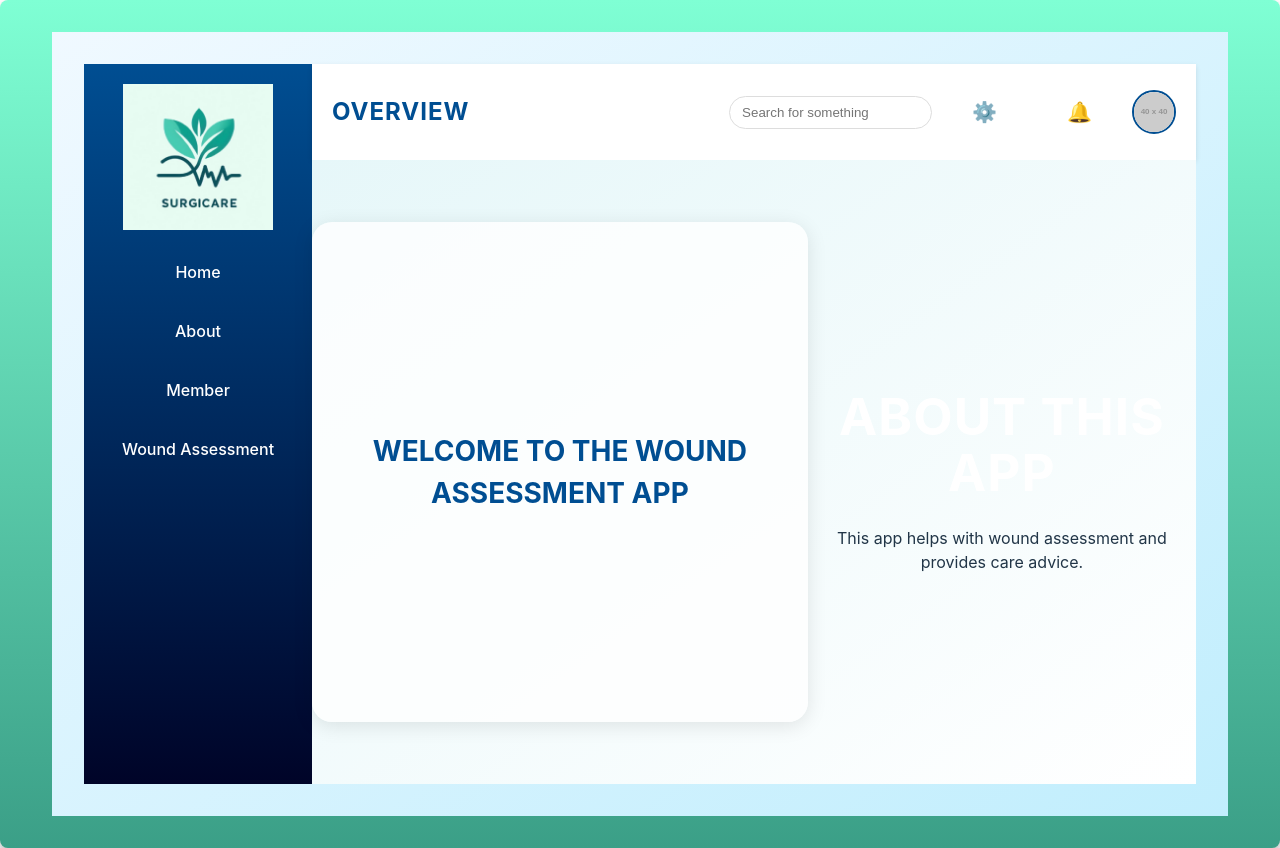
Repository: Jinwoo290350/Surgicare-Vue
Page: /about (app in surgicare/)
These files come from the project's save history. The page is drawn as it stood at one moment and after the next save; the edit follows.
The browser window is 1280 px wide. The pictures show the whole page.
The project was rebuilt for these pictures with package versions that can differ from the ones it lists, and the page was loaded fresh each time. Also part of the build but not shown: surgicare/vite.config.js, surgicare/src/views/Home.vue, surgicare/src/views/Member.vue, surgicare/src/components/WoundAssessment.vue.

Above is the page before, as saved 2024-12-30 14:05:18.
Console error: TypeError: Cannot read properties of null (reading 'getContext')

### surgicare/index.html
<!doctype html>
<html lang="en">
  <head>
    <meta charset="UTF-8" />
    <link rel="icon" type="image/svg+xml" href="/vite.svg" />
    <meta name="viewport" content="width=device-width, initial-scale=1.0" />
    <title>Vite + Vue</title>
  </head>
  <body>
    <div id="app"></div>
    <script type="module" src="/src/main.js"></script>
  </script>
  <link href="https://fonts.googleapis.com/css2?family=Roboto:wght@400;500;700&display=swap" rel="stylesheet">

  <script type="text/javascript" src="./src/star.js"></script>
  </body>
</html>

### surgicare/src/main.js
import { createApp } from 'vue'
import './style.css'
import App from './App.vue'
import router from "./router";

createApp(App).use(router).mount("#app");

### surgicare/src/style.css
:root {
  font-family: Inter, system-ui, Avenir, Helvetica, Arial, sans-serif;
  line-height: 1.5;
  font-weight: 400;
  color-scheme: light dark;
  color: rgba(255, 255, 255, 0.87);
  background-color: #242424; /* Keeping the same background, just a bit darker */
  font-synthesis: none;
  text-rendering: optimizeLegibility;
  -webkit-font-smoothing: antialiased;
  -moz-osx-font-smoothing: grayscale;
}

a {
  font-weight: 500;
  text-decoration: inherit;
  transition: color 0.3s ease-in-out;
}
a:hover {
  color: #535bf2; /* Keep the same blue hover effect */
}

body {
  margin: 0;
  display: flex;
  place-items: center;
  min-width: 320px;
  min-height: 100vh;
  padding-left: 20px;
  padding-right: 20px;
  background-color: #1f2d29; /* Darkened background color */
  background-image: linear-gradient(to top, #3b9f87, #7FFFD4); /* Keep the original gradient, just darker */
  background-repeat: repeat-x;
  filter: progid:DXImageTransform.Microsoft.gradient(startColorstr='#3b9f87', endColorstr='#7FFFD4', GradientType=0);
  border-radius: 8px;
  box-shadow: 0 6px 12px rgba(0, 0, 0, 0.3); /* Stronger shadow for depth */
}

h1 {
  font-size: 3.2em;
  line-height: 1.1;
  color: #fff;
  text-transform: uppercase;
  letter-spacing: 1px;
  margin-bottom: 0.5em;
  transition: transform 0.3s ease-in-out;
}
h1:hover {
  transform: scale(1.05); /* Slightly enlarges title on hover */
}

button {
  border-radius: 8px;
  border: 1px solid transparent;
  padding: 0.8em 1.5em;
  font-size: 1em;
  font-weight: 500;
  font-family: inherit;
  background-color: #333; /* Slightly darker button background */
  color: white;
  cursor: pointer;
  transition: all 0.3s ease;
}
button:hover {
  border-color: #646cff;
  background-color: #444; /* Darker hover effect */
  transform: translateY(-2px); /* Lift effect on hover */
}
button:focus,
button:focus-visible {
  outline: 4px auto -webkit-focus-ring-color;
}

.card {
  padding: 2em;
  background-color: #2a2a2a; /* Darkened card background */
  border-radius: 12px;
  box-shadow: 0 4px 10px rgba(0, 0, 0, 0.4); /* Darker shadow for cards */
  transition: transform 0.3s ease;
}
.card:hover {
  transform: translateY(-5px); /* Slight lift effect on hover */
}

#app {
  max-width: 1280px;
  margin: 0 auto;
  padding: 2rem;
  text-align: center;
}

/* Media Query for Small Screens (Mobile) */
@media (max-width: 768px) {
  body {
    padding-left: 15px;
    padding-right: 15px;
  }

  h1 {
    font-size: 2.4em; /* Slightly smaller title for mobile screens */
  }

  button {
    padding: 0.6em 1.2em;
    font-size: 1em;
  }

  .card {
    padding: 1.5em;
  }

  #app {
    padding: 1.5rem;
  }
}

/* Light Mode Styles */
@media (prefers-color-scheme: light) {
  :root {
    color: #213547;
    background-color: #ffffff;
  }
  a:hover {
    color: #747bff;
  }
  button {
    background-color: #f9f9f9;
    color: #333;
  }
  .card {
    background-color: #f5f5f5;
    box-shadow: 0 2px 6px rgba(0, 0, 0, 0.1);
  }
}

### surgicare/src/App.vue
<template>
  <div id="app" class="app-container">
    <aside class="sidebar">
      <img src="/Users/frank/Vscode/Vue/surgicare/public/Icon_surgicare.png" alt="Logo" class="logo" />
      <nav class="menu">
        <router-link to="/">Home</router-link>
        <router-link to="/about">About</router-link>
        <router-link to="/member">Member</router-link>
        <router-link to="/wound-assessment">Wound Assessment</router-link>
      </nav>
    </aside>

    <main class="main-content">
      <header class="header">
        <h1>Overview</h1>
        <div class="header-tools">
          <input type="text" placeholder="Search for something" class="search-box" />
          <button class="settings-btn">⚙️</button>
          <button class="notifications-btn">🔔</button>
          <img src="https://via.placeholder.com/40" alt="Profile" class="profile-pic" />
        </div>
      </header>
      <div class="content-area">
        <div class="placeholder">WELCOME TO THE WOUND ASSESSMENT APP</div>
        <router-view />
      </div>
    </main>
  </div>
</template>

<script>
export default {
  name: "DashboardPage",
};
</script>

<style scoped>
/* General Styles */
body {
  margin: 0;
  font-family: 'Poppins', Arial, sans-serif;
}

.app-container {
  display: flex;
  height: 100vh;
  background: linear-gradient(to bottom right, #f0f9ff, #c1eefd);
}

.sidebar {
  width: 250px;
  background: linear-gradient(to bottom, #004e92, #000428);
  color: white;
  padding: 20px;
  display: flex;
  flex-direction: column;
  align-items: center;
}

.logo {
  width: 100%;
  max-width: 150px;
  margin-bottom: 20px;
}

.menu a {
  text-decoration: none;
  color: white;
  font-size: 16px;
  margin-bottom: 15px;
  display: block;
  text-align: center;
  padding: 10px 15px;
  border-radius: 8px;
  transition: background 0.3s, transform 0.3s;
}

.menu a:hover {
  background: rgba(255, 255, 255, 0.2);
  transform: scale(1.05);
}

.main-content {
  flex-grow: 1;
  display: flex;
  flex-direction: column;
}

.header {
  display: flex;
  justify-content: space-between;
  align-items: center;
  padding: 20px;
  background: white;
  box-shadow: 0 2px 5px rgba(0, 0, 0, 0.1);
}

.header h1 {
  font-size: 24px;
  color: #004e92;
  margin: 0;
}

.header-tools {
  display: flex;
  align-items: center;
}

.search-box {
  padding: 8px 12px;
  border: 1px solid #ddd;
  border-radius: 25px;
  margin-right: 10px;
  outline: none;
  transition: box-shadow 0.3s;
}

.search-box:focus {
  box-shadow: 0 0 10px rgba(0, 78, 146, 0.5);
}

.settings-btn,
.notifications-btn {
  background: none;
  border: none;
  font-size: 20px;
  color: #555;
  margin-right: 10px;
  cursor: pointer;
}

.profile-pic {
  width: 40px;
  height: 40px;
  border-radius: 50%;
  border: 2px solid #004e92;
}

.content-area {
  flex-grow: 1;
  background: linear-gradient(to bottom right, #e6f7f9, #ffffff);
  display: flex;
  justify-content: center;
  align-items: center;
  position: relative;
}

.placeholder {
  width: 80%;
  height: 80%;
  background: rgba(255, 255, 255, 0.8);
  border-radius: 20px;
  box-shadow: 0 4px 20px rgba(0, 0, 0, 0.1);
  display: flex;
  justify-content: center;
  align-items: center;
  font-size: 28px;
  color: #004e92;
  font-weight: bold;
  text-align: center;
}
</style>

### surgicare/src/router/index.js
import { createRouter, createWebHistory } from "vue-router";
import Home from "../views/Home.vue";
import About from "../views/About.vue";
import Member from '../views/Member.vue';
import WoundAssessment from "../components/WoundAssessment.vue";

const routes = [
  { path: "/", name: "Home", component: Home },
  { path: "/about", name: "About", component: About },
  {
    path: "/member",
    name: "Member",
    component: Member,
  },
  { path: "/wound-assessment", name: "WoundAssessment", component: WoundAssessment },
];

const router = createRouter({
  history: createWebHistory(),
  routes,
});

export default router;

### surgicare/src/views/About.vue
<template>
    <div class="about">
      <h1>About This App</h1>
      <p>This app helps with wound assessment and provides care advice.</p>
    </div>
  </template>

  <script>
  export default {
    name: "About",
  };
  </script>

  <style scoped>
  .about {
    text-align: center;
    margin: 20px;
    text-decoration-color: black;
  }
  </style>

### surgicare/src/star.js
const canvas = document.querySelector('canvas')
const c = canvas.getContext('2d')

canvas.width = innerWidth
canvas.height = innerHeight

window.addEventListener("resize", function() {
    canvas.width = window.innerWidth;
    canvas.height = window.innerHeight;
    init()
})
function Star(x, y, radius, color) {
    this.x = x
    this.y = y
    this.radius = radius
    this.color = color
    this.velocity = {
        x: (Math.random() - 0.5) * 8,
        y: 3
    }
    this.friction = 0.8
    this.gravity = 1
}

Star.prototype.draw = function() {
    c.save()
    c.beginPath()
    c.arc(this.x, this.y, this.radius, 0, Math.PI * 2, false)
    c.fillStyle = this.color
    c.shadowColor = '#E3EAEF'
    c.shadowBlur = 20
    c.fill()
    c.closePath()
    c.restore()
}

Star.prototype.update = function() {
    this.draw()

    //When ball hits bottom of screen
    if(this.y + this.radius + this.velocity.y > canvas.height - groundHeight){
        this.velocity.y = -this.velocity.y * this.friction
        this.shatter()
    }
    else{
        this.velocity.y += this.gravity
    }

    //Hits side of screen
    if(this.x + this.radius + this.velocity.x > canvas.width || this.x - this.radius <= 0){
        this.velocity.x = -this.velocity.x * this.friction
        this.shatter()
    }

    this.x += this.velocity.x
    this.y += this.velocity.y

}

Star.prototype.shatter = function(){
    this.radius -= 3
    for(let i = 0; i < 8; i++){
        miniStars.push(new MiniStar(this.x, this.y, 2))
    }

}

function MiniStar(x, y, radius, color){
    Star.call(this, x, y, radius, color)
    this.velocity = {
        x: (Math.random() - 0.5) * 10,
        y: (Math.random() - 0.5) * 30
    }
    this.friction = 0.8
    this.gravity = 0.1
    this.ttl = 100
    this.opacity = 1
}

MiniStar.prototype.draw = function() {
    c.save()
    c.beginPath()
    c.arc(this.x, this.y, this.radius, 0, Math.PI * 2, false)
    c.fillStyle = `rgba(227,234, 239, ${this.opacity})`
    c.shadowColor = '#E3EAEF'
    c.shadowBlur = 20
    c.fill()
    c.closePath()
    c.restore()
}

MiniStar.prototype.update = function() {
    this.draw()

    if(this.y + this.radius + this.velocity.y > canvas.height - groundHeight){
        this.velocity.y = -this.velocity.y * this.friction
    }
    else{
        this.velocity.y += this.gravity
    }

    this.x += this.velocity.x
    this.y += this.velocity.y
    this.ttl -= 1
    this.opacity -= 0.0001 * this.ttl
}

function creatMountainRange(mountainAmount, height, color){
    for(let i = 0; i < mountainAmount; i++){
        const mountainWidth = canvas.width / mountainAmount
        c.beginPath()
        c.moveTo(i * mountainWidth, canvas.height)
        c.lineTo(i * mountainWidth + mountainWidth + 0.2*canvas.height, canvas.height)
        c.lineTo(i * mountainWidth + mountainWidth / 2, canvas.height - height)
        c.lineTo(i * mountainWidth - 0.2*canvas.height, canvas.height)
        c.fillStyle = color
        c.fill()
        c.closePath()
    }
}

// Implementation
const backgroundGradient = c.createLinearGradient(0, 0, canvas.width, canvas.height)
backgroundGradient.addColorStop(0, '#171e26')
backgroundGradient.addColorStop(1, '#3f586b')

let stars
let miniStars
let backgroundStars
let ticker = 0
let randomSpawnRate = 75
const groundHeight = 0.09 * canvas.height
let inf = 1e9
function init() {
    stars = []
    miniStars = []
    backgroundStars = []

    for(let i = 0; i < 200; i++){
        const x = Math.random() * canvas.width
        const y = Math.random() * canvas.height
        const radius = Math.random() * 3
        backgroundStars.push(new Star(x, y, radius, 'white'))
    }
}

// Animation Loop
function animate() {
    c.clearRect(0, 0, 0, canvas.height)
    c.fillStyle = backgroundGradient
    c.fillRect(0, 0, canvas.width, canvas.height)

    backgroundStars.forEach(backgroundStar => {
        backgroundStar.draw()
    })

    if(flag) creatMountainRange(1, canvas.height * 0.7, '#384551')
    if(flag) creatMountainRange(2, canvas.height * 0.6, '#2B3843')
    if(flag) creatMountainRange(3, canvas.height * 0.4, '#26333E')
    c.fillStyle = '#182028'
    c.fillRect(0, canvas.height - groundHeight, canvas.width, groundHeight)
    stars.forEach((star, index) => {
        star.update();
        if(star.radius == 0){
            stars.splice(index, 1)
        }
    });

    miniStars.forEach((miniStar, index) => {
        miniStar.update();
        if(miniStar.ttl == 0){
            miniStars.splice(index, 1)
        }
    });

    ticker++
    if(ticker >= inf){
        ticker = 0
    }
    if(ticker % randomSpawnRate == 0){
        const radius = 9
        const x = Math.max(radius, Math.random() * canvas.width - radius)
        stars.push(new Star(x, -100, 9, '#E3EAEF'))
        randomSpawnRate = Math.floor(Math.random() * (200 - 125 + 1) + 125)
    }

    requestAnimationFrame(animate)
}

init()
animate()

After the next save:
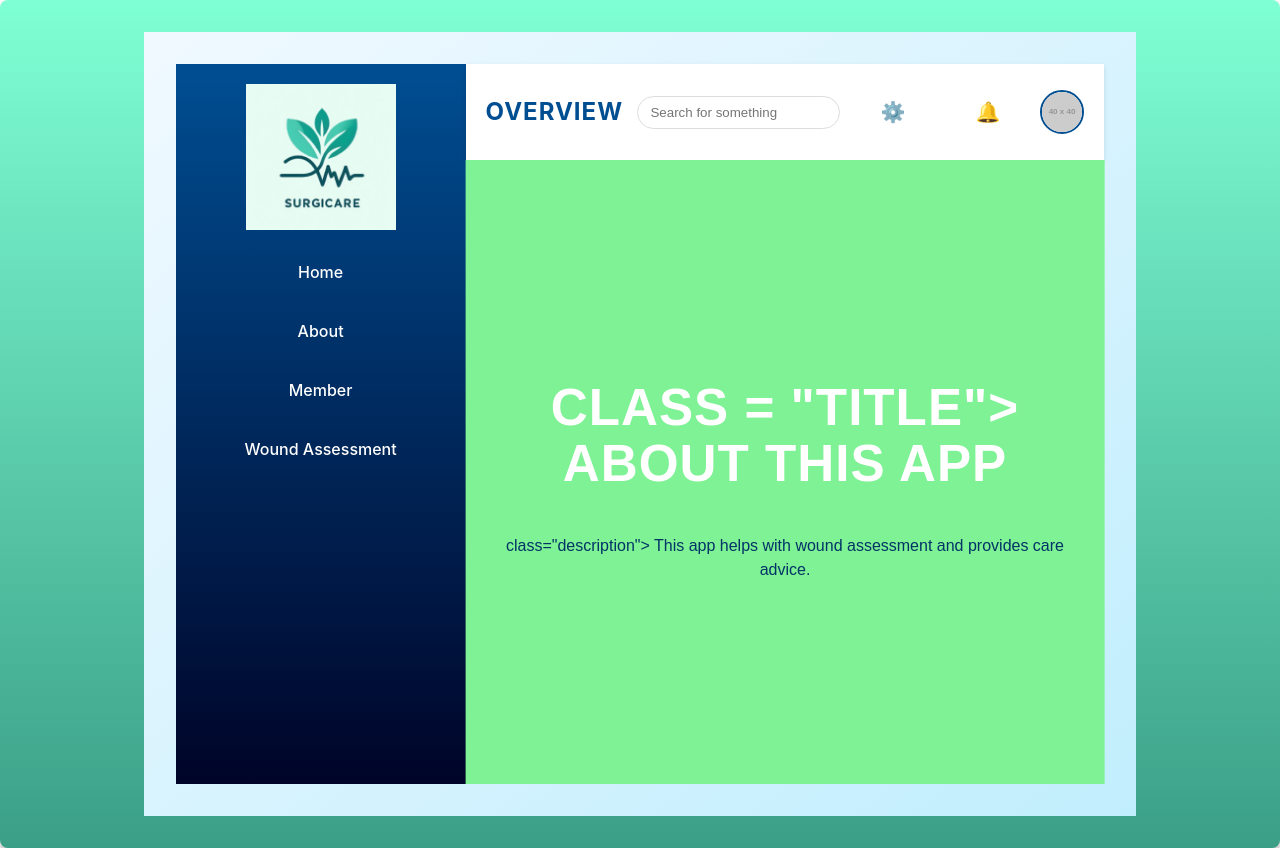
Saved 2 min 53 s later.
--- a/surgicare/src/views/About.vue
+++ b/surgicare/src/views/About.vue
@@ -1,7 +1,7 @@
 <template>
     <div class="about">
-      <h1>About This App</h1>
-      <p>This app helps with wound assessment and provides care advice.</p>
+      <h1> class = "title"> About This App</h1>
+      <p> class="description"> This app helps with wound assessment and provides care advice.</p>
     </div>
   </template>
 
@@ -9,12 +9,37 @@
   export default {
     name: "About",
   };
-  </script>
+</script>
 
-  <style scoped>
-  .about {
-    text-align: center;
-    margin: 20px;
-    text-decoration-color: black;
-  }
-  </style>
+<style scoped>
+.about {
+  display: flex;
+  flex-direction: column;
+  align-items: center;
+  justify-content: center;
+  position: absolute; /* Ensure it covers the entire viewport */
+  top: 50%;
+  left: 50%;
+  transform: translate(-50%, -50%); /* Center content perfectly */
+  width: 100%;
+  height: 100%;
+  background: linear-gradient(to bottom right, #7ef294, #7ef294);
+  color: #003366;
+  font-family: 'Arial', sans-serif;
+  text-align: center;
+  padding: 20px;
+  box-sizing: border-box;
+}
+
+.title {
+  font-size: 2.5rem;
+  font-weight: bold;
+  margin-bottom: 15px;
+}
+
+.description {
+  font-size: 1.2rem;
+  font-weight: 300;
+  margin-top: 0;
+}
+</style>
